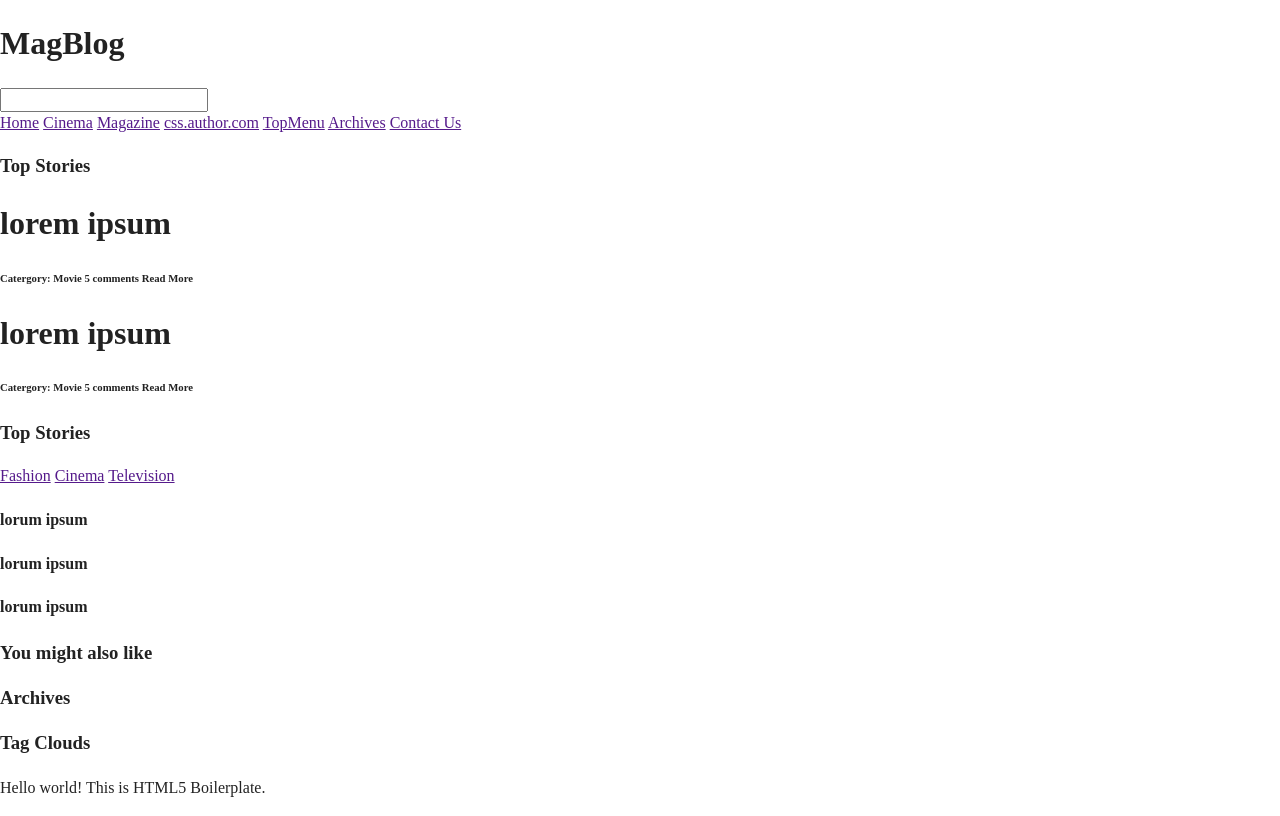
Repository: bguemos/project1lab3
Page: index.html
An editor plug-in stored every save of this project. The page is shown before and after the next save, followed by the edit.
The browser window is 1280 px wide. The pictures show the whole page.

Above is the page before, as saved 2023-01-18 10:43:19.

After the next save:
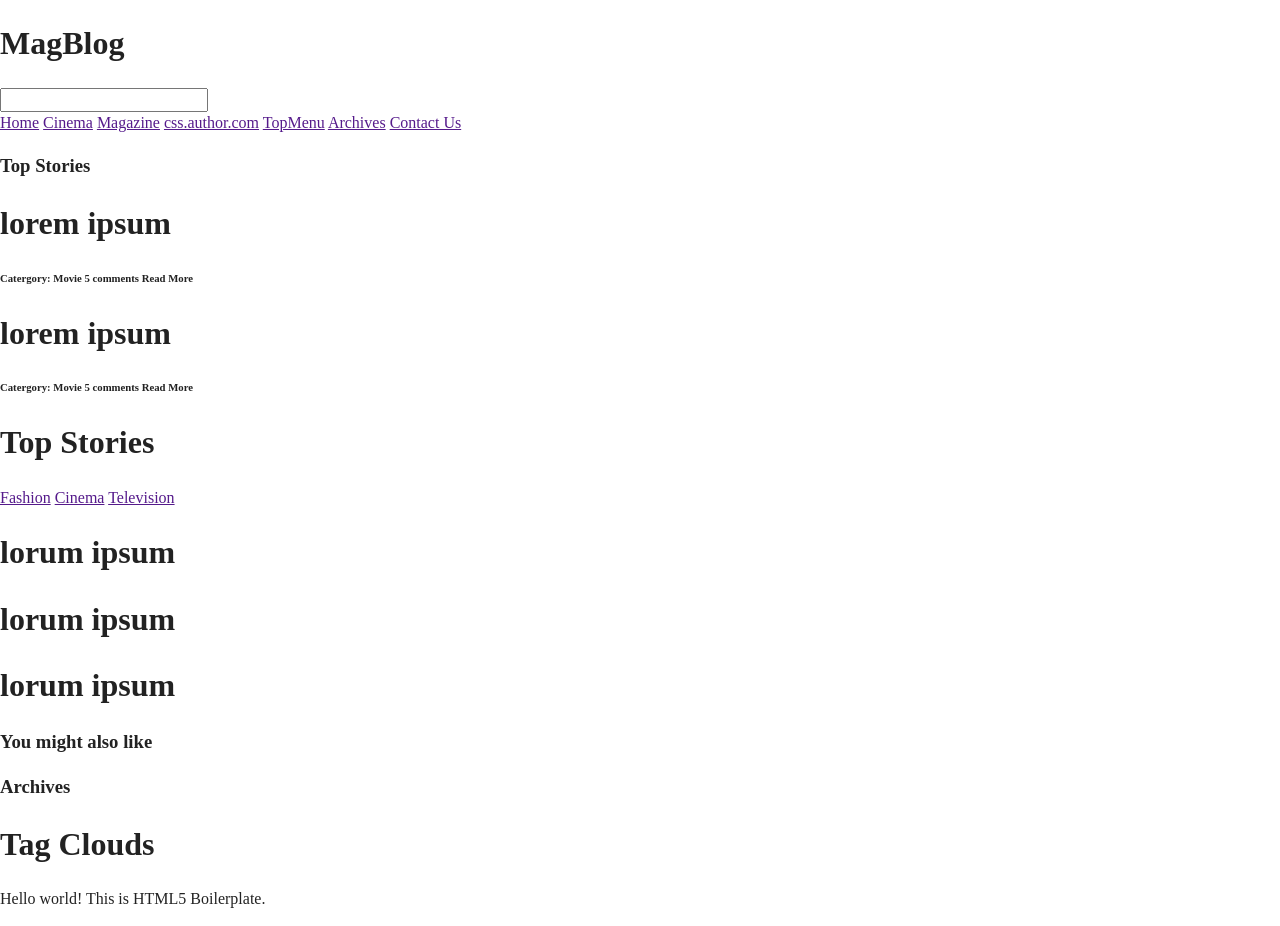
Saved 2 days later.
--- a/index.html
+++ b/index.html
@@ -23,6 +23,7 @@
 </head>
 
 <body>
+  <div class="maincontent">
   <div class="mainpageheader">
     <h1>MagBlog</h1>
   <input class="headersearchbar">
@@ -38,33 +39,33 @@
   <a href> Contact Us</a>
 
 </div>
-  <div class="maincontent">
+
     <div class="topstories">
       <h3>Top Stories</h3>
     </div>
     <div class="avatar">
-      <h1> lorem ipsum</h1>
+    <h1> lorem ipsum</h1>
 
-      <h6> Catergory: Movie  5 comments Read More</h6>
+    <h6> Catergory: Movie  5 comments Read More</h6>
     </div>
     <div class="avatar2">
-      <h1> lorem ipsum</h1>
+    <h1> lorem ipsum</h1>
 
-      <h6> Catergory: Movie  5 comments Read More</h6>
+    <h6> Catergory: Movie  5 comments Read More</h6>
 
     </div>
     <div class="topstorysidebar">
       <div class="sidebar1">
-      <h3>Top Stories</h3>
+      <h1>Top Stories</h1>
       <a href>Fashion</a>
       <a href>Cinema</a>
       <a href>Television</a>
-      <h4>lorum ipsum</h4>
+      <h1>lorum ipsum</h1>
 
-      <h4>lorum ipsum</h4>
+      <h1>lorum ipsum</h1>
 
-      <h4>lorum ipsum</h4>
-      </div>
+    <h1>lorum ipsum</h1>
+    </div>
      <div class="sidebar2">
      <h3>You might also like</h3>
     </div>
@@ -72,7 +73,7 @@
     <h3>Archives</h3>
     </div>
     <div class="sidebar4">
-      <h3>Tag Clouds</h3>
+    <h1>Tag Clouds</h1>
     </div>
    </div>
 
@@ -95,7 +96,7 @@
   <div class="socialmediahandles"></div>
 
  </div>
-
+</div>
   <!-- Add your site or application content here -->
   <p>Hello world! This is HTML5 Boilerplate.</p>
   <script src="js/vendor/modernizr-3.11.2.min.js"></script>
